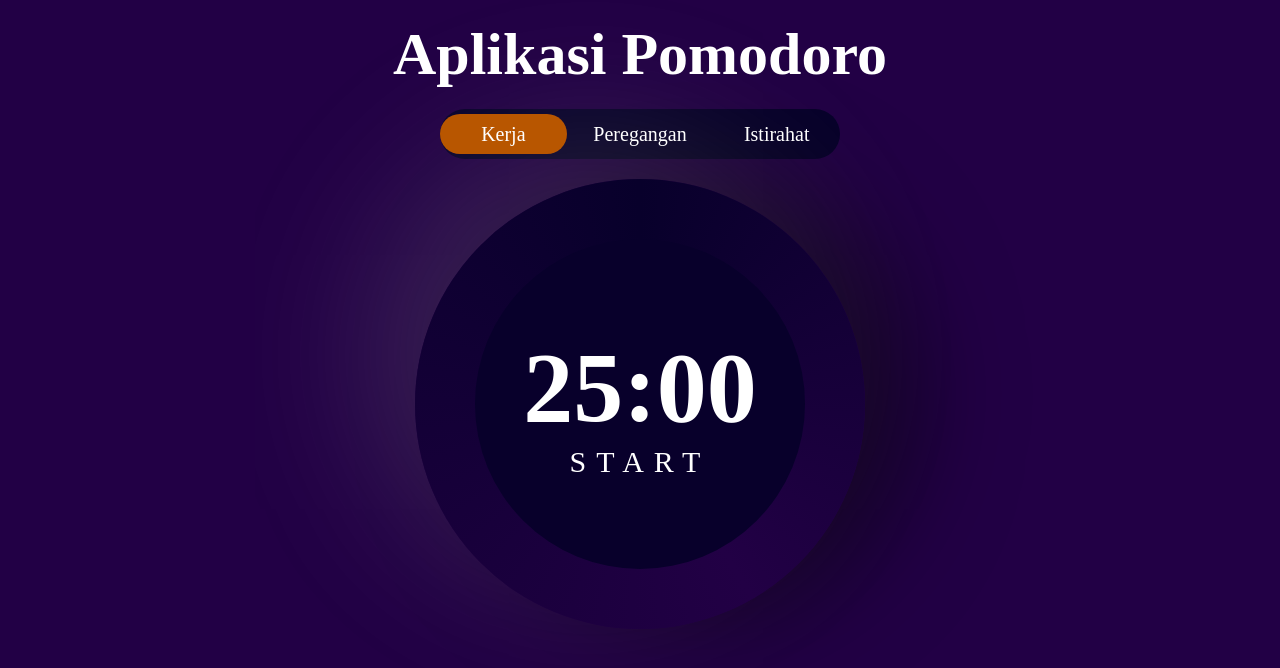
Repository: sellayspy/aplikasiPomodoro
Page: /
The author's editor kept a copy of each file at every save. The page is drawn from the files as they stood at one save, then again after a run of saves.
The browser window is 1280 px wide. The pictures show the whole page.
The project was rebuilt for these pictures with package versions that can differ from the ones it lists, and the page was loaded fresh each time. Also part of the build but not shown: vite.config.js.

Above is the page before, as saved 2024-11-25 15:53:50.

### index.html
<!DOCTYPE html>
<html lang="en">
  <head>
    <meta charset="UTF-8" />
    <link rel="icon" type="image/svg+xml" href="/vite.svg" />
    <meta name="viewport" content="width=device-width, initial-scale=1.0" />
    <title>Aplikasi Pomodoro</title>
  </head>
  <body>
    <div id="root"></div>
    <script type="module" src="/src/main.jsx"></script>
  </body>
</html>

### src/main.jsx
import { StrictMode } from "react";
import { createRoot } from "react-dom/client";
import { createGlobalStyle, ThemeProvider } from "styled-components";
import App from "./App.jsx";
import StateProvider from "./components/StateProvider.jsx";

const GlobalStyle = createGlobalStyle`

*{
  margin: 0;
  padding: 0;
  box-sizing: border-box;
}

  html,body{
    background-color: ${(props) => props.theme.colors.bg};;
    font-size: 62.5%;
  }

  body{
    font-size: 1.6rem;
    color: white;
  }

`;

const theme = {
  colors: {
    primary: "#b85600",
    secondary: "#08002b",
    bg: "#220045",
  },
};

createRoot(document.getElementById("root")).render(
  <StrictMode>
    <StateProvider>
      <ThemeProvider theme={theme}>
        <GlobalStyle />
        <App />
      </ThemeProvider>
    </StateProvider>
  </StrictMode>
);

### src/App.jsx
import styled from "styled-components";
import Judul from "./components/Judul";
import Timer from "./components/Timer";

function App() {
  return (
    <>
      <Title>Aplikasi Pomodoro</Title>
      <Judul />
      <Timer />
    </>
  );
}

export default App;

const Title = styled.h1`
  font-size: 6rem;
  padding: 2rem 0;
  text-align: center;
`;

### src/components/StateProvider.jsx
import { createContext, useEffect, useState } from "react";
export const StateContext = createContext();

const StateProvider = ({ children }) => {
  const [waktuKerja, setWaktuKerja] = useState(25 * 60);
  const [peregangan, setPeregangan] = useState(5 * 60);
  const [istirahat, setIstirahat] = useState(30 * 60);

  const [initialWaktu, setInitialWaktu] = useState(0);

  const [activeJudul, setActiveJudul] = useState(0);
  const [progress, setProgress] = useState(55);
  const [time, setTime] = useState(500);
  const [isActive, setIsActive] = useState(false);

  useEffect(() => {
    switch (activeJudul) {
      case 0:
        setTime(waktuKerja);
        setInitialWaktu(waktuKerja);
        break;
      case 1:
        setTime(peregangan);
        setInitialWaktu(peregangan);
        break;
      case 2:
        setTime(istirahat);
        setInitialWaktu(istirahat);
        break;
      default:
        break;
    }
  }, [activeJudul, waktuKerja, peregangan, istirahat]);

  return (
    <StateContext.Provider
      value={{
        activeJudul,
        setActiveJudul,
        progress,
        setProgress,
        isActive,
        setIsActive,
        time,
        setTime,
        initialWaktu,
        setInitialWaktu,
      }}
    >
      {children}
    </StateContext.Provider>
  );
};

export default StateProvider;

### src/components/Judul.jsx
import styled, { css } from "styled-components";
import { useContext } from "react";
import { StateContext } from "./StateProvider";

const Judul = () => {
  const { activeJudul, setActiveJudul } = useContext(StateContext);

  const handleJudulClick = (index) => {
    setActiveJudul(index);
  };
  return (
    <JudulContainer>
      {["Kerja", "Peregangan", "Istirahat"].map((tag, i) => (
        <Tag
          onClick={() => handleJudulClick(i)}
          active={activeJudul === i}
          key={i}
        >
          {tag}
        </Tag>
      ))}
    </JudulContainer>
  );
};

export default Judul;

const JudulContainer = styled.div`
  background: ${(props) => props.theme.colors.secondary};
  height: 5rem;
  width: 40rem;
  margin: 0 auto;
  border-radius: 5rem;
  display: flex;
  gap: 1rem;
  align-items: center;
`;

const Tag = styled.button`
  all: unset;
  height: 4rem;
  text-align: center;
  border-radius: 5rem;
  flex: 1;
  font-size: 2rem;

  ${({ active }) =>
    active &&
    css`
      background: ${(props) => props.theme.colors.primary};
    `}
`;

### src/components/Timer.jsx
import styled from "styled-components";
import TimerProgress from "./TimerProgress";

const Timer = () => {
  return (
    <TimerContainer>
      <TimerProgress />
    </TimerContainer>
  );
};

export default Timer;

const TimerContainer = styled.div`
  background: conic-gradient(
    ${(props) => props.theme.colors.secondary},
    ${(props) => props.theme.colors.bg} 150deg,
    ${(props) => props.theme.colors.secondary}
  );

  width: 45rem;
  height: 45rem;

  margin: 2rem auto;
  border-radius: 50%;
  display: grid;
  place-items: center;
  box-shadow: -50px -50px 150px rgba(158, 158, 158, 0.2),
    50px -10px 100px rgba(0, 0, 0, 0.5);
`;

### src/components/TimerProgress.jsx
import { useContext, useEffect } from "react";
import styled from "styled-components";
import Waktu from "./Waktu";
import { StateContext } from "./StateProvider";

const TimerProgress = () => {
  const { progress, setProgress, time, initialWaktu } =
    useContext(StateContext);

  useEffect(() => {
    setProgress(time / (initialWaktu / 100));
  }, [setProgress]);

  return (
    <OuterCircle progress={progress}>
      <InnerCircle>
        <Waktu />
      </InnerCircle>
    </OuterCircle>
  );
};

export default TimerProgress;

const OuterCircle = styled.div`
  width: 35rem;
  height: 35rem;

  border-radius: 50%;
  display: grid;
  place-items: center;
  background: conic-gradient(
    ${(props) => props.theme.colors.primary} ${({ progress }) => progress}%,
    transparent ${({ progress }) => progress}%
  );
`;

const InnerCircle = styled.div`
  width: 33rem;
  height: 33rem;
  background: ${(props) => props.theme.colors.secondary};

  border-radius: 50%;
  display: grid;
  place-items: center;
`;

### src/components/Waktu.jsx
import { useEffect, useContext } from "react";
import styled from "styled-components";
import { StateContext } from "./StateProvider";

const Waktu = () => {
  const { time, setTime, isActive, setIsActive, initialWaktu } =
    useContext(StateContext);
  useEffect(() => {
    if (isActive && time > 0) {
      const interval = setInterval(() => {
        setTime((time) => time - 1);
      }, 1000);

      return () => clearInterval(interval);
    }
  }, [time, isActive]);

  const buttonClick = () => {
    setIsActive(!isActive);
  };

  const buttonReset = () => {
    setTime(initialWaktu);
    setIsActive(false);
  };

  const getTime = (time) => {
    const min = Math.floor(time / 60);
    const sec = time % 60;
    return `${min < 10 ? "0" + min : min}:${sec < 10 ? "0" + sec : sec}`;
  };

  return (
    <ClockContainer>
      <TimerText>{getTime(time)}</TimerText>
      <StartPauseButton onClick={buttonClick}>
        {isActive ? "Pause" : "Start"}
      </StartPauseButton>
      {time === 0 && <ResetButton onClick={buttonReset}>RESET</ResetButton>}
    </ClockContainer>
  );
};

export default Waktu;
const ClockContainer = styled.div`
  display: grid;
  place-items: center;
`;

const TimerText = styled.h3`
  font-size: 10rem;
`;

const StartPauseButton = styled.button`
  all: unset;
  text-align: center;
  font-size: 3rem;
  text-transform: uppercase;
  letter-spacing: 1rem;
`;

const ResetButton = styled(StartPauseButton)`
  color: red;
`;

After the next 2 saves:
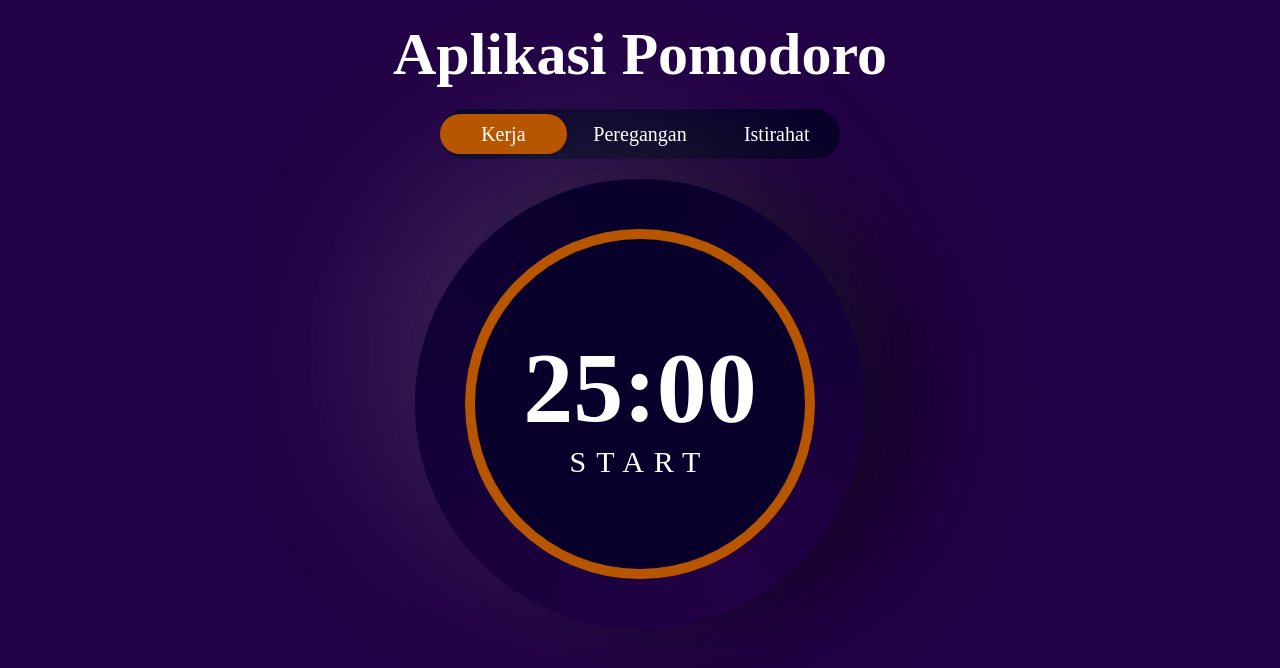
The 2 saves are shown as one change because they came seconds apart.
The last was saved 2 min 24 s later.
--- a/src/components/TimerProgress.jsx
+++ b/src/components/TimerProgress.jsx
@@ -2,6 +2,7 @@ import { useContext, useEffect } from "react";
 import styled from "styled-components";
 import Waktu from "./Waktu";
 import { StateContext } from "./StateProvider";
+import Timer from "./Timer";
 
 const TimerProgress = () => {
   const { progress, setProgress, time, initialWaktu } =
@@ -9,7 +10,7 @@ const TimerProgress = () => {
 
   useEffect(() => {
     setProgress(time / (initialWaktu / 100));
-  }, [setProgress]);
+  }, [setProgress, time]);
 
   return (
     <OuterCircle progress={progress}>
